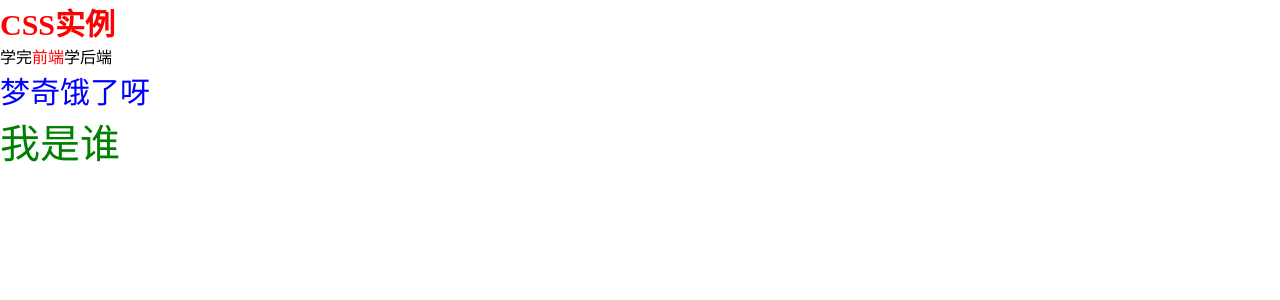
Repository: yuanliumaker/html-css-js
Page: css/example.html
The author's editor kept a copy of each file at every save. The page is drawn from the files as they stood at one save, then again after the next save.
The browser window is 1280 px wide. The pictures show the whole page.

Above is the page before, as saved 2025-08-29 17:41:27.

### css/example.html
<!DOCTYPE html>
<html lang="en">
<head>
    <meta charset="UTF-8">
    <meta name="viewport" content="width=device-width, initial-scale=1.0">
    <title>Document</title>
    <!-- 外部样式表 放在head处，link 相当于下面的内部样式                                                        style,相当于latex template-->
    <link rel="stylesheet" href="./public.css">
    <!-- <style>
        h3{
            color:red;
            font-size:30px;
        }
    </style> -->
    <style>
        span{
            color:red;
        }
    </style>
    <!-- 类选择器 class 规定用圆点来定义，针对你想要的所有标签来使用-->
    <style>
     .qq{
        color:blue;
        font-size:30px;
     }
     </style>
      <!-- id选择器：针对某一个特定的标签来使用，只能使用一次.css中的id选择器以#来定义
     注意id是唯一的，不能以数字开头 -->
    <style>
        #ww{
            color:green;
            font-size:40px;
        }
    </style>
</head>
<body>
    <h3>CSS实例</h3>
    <p>学完<span>前端</span>学后端</p>
    <p class="qq">梦奇饿了呀 </p>
    <p id="ww">我是谁</p>

</body>

### css/public.css
/* 使用css的唯一目的就是为了让网页更美观 */
/* css规则由两个主要的部分构成：选择器，以及一条或多条声明（样式） */
h3{
    color: red; /* 颜色 */
    font-size: 30px; /* 字体大小 */
    /* text-align: center; 文本对齐方式 */
}
/* 全局选择器
可以与任何元素匹配，优先级最低，一般做样式初始化 */
*{
    margin:0;
    padding:0;
}
/* 类选择器 规定用圆点来定义，针对你想要的所有标签来使用
优点：灵活 */

After the next save:
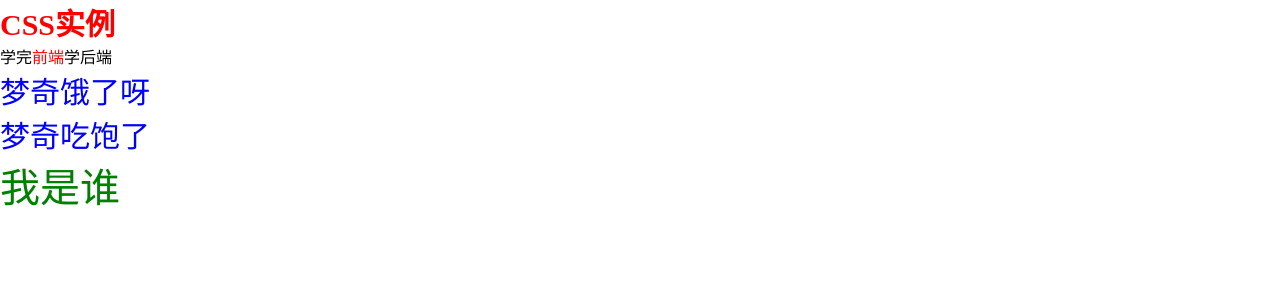
Saved 7 min 53 s later.
--- a/css/example.html
+++ b/css/example.html
@@ -32,11 +32,19 @@
             font-size:40px;
         }
     </style>
+    <!-- 合并选择器 两个标签的字体 颜色等一样，可以将两个标签的样式合并 -->
+    <style>
+    .qq,.tt{
+        color:blue;
+        font-size:30px;
+     }
+     </style>
 </head>
 <body>
     <h3>CSS实例</h3>
     <p>学完<span>前端</span>学后端</p>
     <p class="qq">梦奇饿了呀 </p>
+    <p class="tt">梦奇吃饱了 </p>
     <p id="ww">我是谁</p>
 
 </body>
